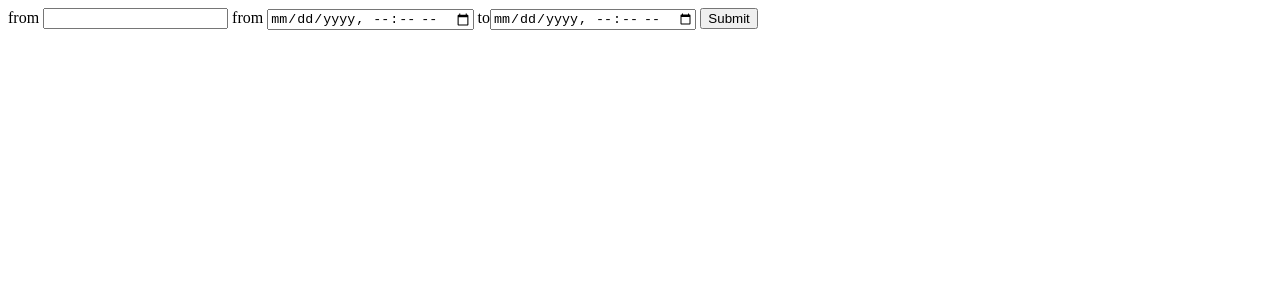
Repository: shiroikumakoori/studentProjecthHibernate
Page: http://localhost/bankApplication/viewTransaction.jsp
The author's editor kept a copy of each file at every save. The page is drawn from the files as they stood at one save, then again after the next save.
The browser window is 1280 px wide. The pictures show the whole page.
The page is served by Tomcat 9. Other server files are loaded and not shown.

Above is the page before, as saved 2022-09-02 08:29:46.

### blankApplication/bankApplication/src/main/webapp/viewTransaction.jsp
<%@ page language="java" contentType="text/html; charset=UTF-8"
    pageEncoding="UTF-8"%>
                           <%@page language="java" import="java.util.*" %>
       <%@page language="java" import="org.bankModels.*" %>
<!DOCTYPE html>
<html>
<head>
<meta charset="UTF-8">
<title>Insert title here</title>
</head>
<body>
<form action="/bankApplication/viewRangeTransaction" >
 <label>from</label> <input type="text" name="hi" >
 <label>from</label> <input type="datetime-local" name="from" >
  <label>to</label><input type="datetime-local" name="to" >
 	 <input type="submit">
 </form>

 <table>
		<%Iterator itr;

			String name ="";
			String userName="";
			int amt = 0;
		%>

		<%

		if( session.getAttribute("listOfCus") != null )
		{
			List<TransactionModel> listCus =(List<TransactionModel>) session.getAttribute("listOfCus");
			for(itr = listCus.iterator(); itr.hasNext();)
			{
				TransactionModel cus = ((TransactionModel)itr.next());

			%>


			<tr>

			<td><%=cus.get_dateTime()%>> </td>
			<td><%=cus.get_description() %> </td>
			<td><%=cus.get_credit()%> </td>
			<td><%=cus.get_debit() %> </td>

			<td>


			</td>
			</tr>

			<%}%>
		<%}%>
	</table>
</body>
</html>

After the next save:
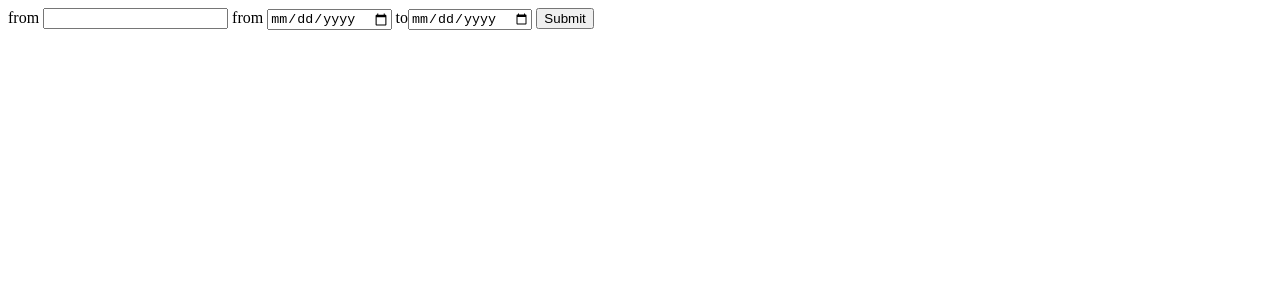
Saved 3 min 4 s later.
--- a/blankApplication/bankApplication/src/main/webapp/viewTransaction.jsp
+++ b/blankApplication/bankApplication/src/main/webapp/viewTransaction.jsp
@@ -11,8 +11,8 @@
 <body>
 <form action="/bankApplication/viewRangeTransaction" >
  <label>from</label> <input type="text" name="hi" >
- <label>from</label> <input type="datetime-local" name="from" >
-  <label>to</label><input type="datetime-local" name="to" >
+ <label>from</label> <input type="date" name="from" >
+  <label>to</label><input type="date" name="to" >
  	 <input type="submit">
  </form>
 
